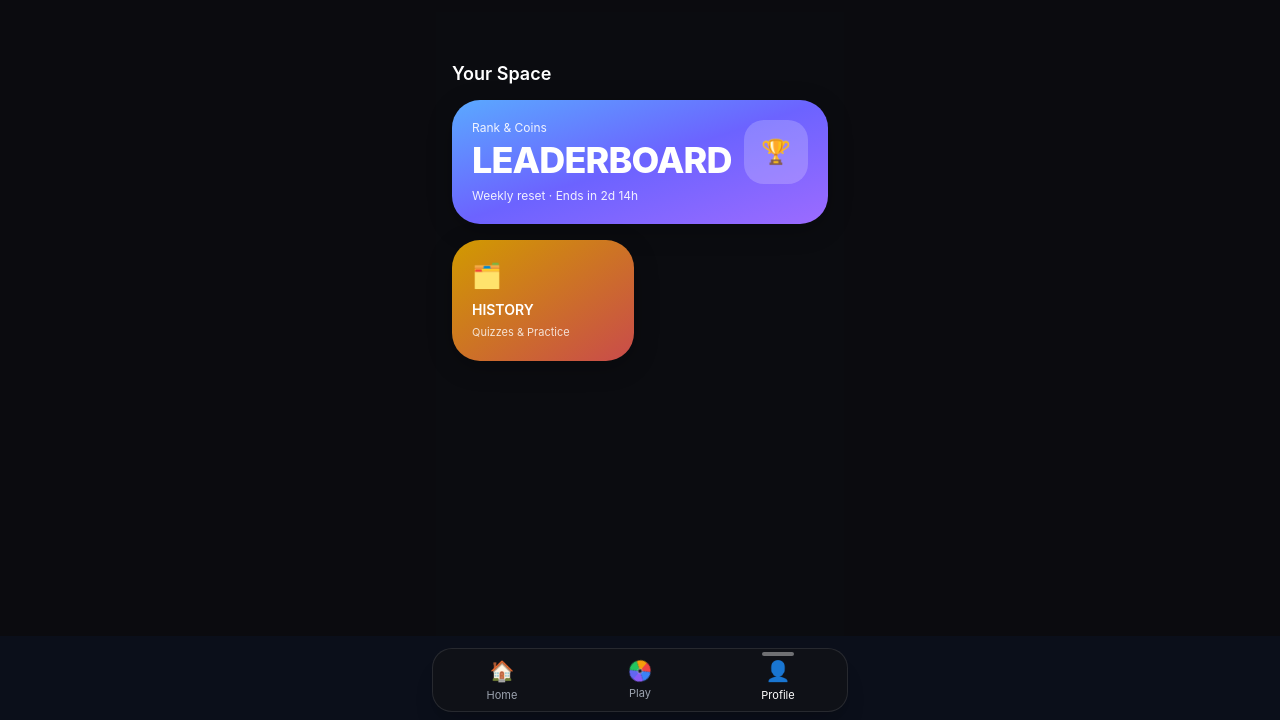
Repository: nirmaldas07/quizify-app
Page: /profile
The author's editor kept a copy of each file at every save. The page is drawn from the files as they stood at one save, then again after the next save.
The browser window is 1280 px wide. The pictures show the whole page.
The project was rebuilt for these pictures with package versions that can differ from the ones it lists, and the page was loaded fresh each time. Also part of the build but not shown: src/components/ConfirmStartSheet.jsx, src/components/CoinFly.jsx, src/components/Home.jsx, src/components/Play.jsx, src/components/Quiz.jsx, src/components/PartySpin.jsx, src/components/Profile/Screen.jsx, src/components/Profile/Leaderboard.jsx and 2 more.

Above is the page before, as saved 2025-08-25 14:46:25.

### index.html
<!DOCTYPE html>
<html lang="en">
  <head>
    <meta charset="UTF-8" />
    <meta name="viewport" content="width=device-width, initial-scale=1.0" />
    <title>Quizify</title>
  </head>
  <body>
    <div id="root"></div>
    <script type="module" src="/src/main.jsx"></script>
  </body>
</html>

### src/App.jsx
// src/App.jsx
import { Routes, Route, Navigate } from "react-router-dom";

import Layout from "./components/Layout";
import Home from "./components/Home";
import Play from "./components/Play.jsx";
import Quiz from "./components/Quiz";
import PartySpin from "./components/PartySpin.jsx";

// Explicit imports from Profile folder (only files you have now)
import ProfileHome from "./components/Profile/ProfileHome";
import ProfileLeaderboard from "./components/Profile/Leaderboard";
import ProfileHistory from "./components/Profile/History";
import ProfileRewards from "./components/Profile/Rewards";

export default function App() {
  return (
    <Routes>
      <Route element={<Layout />}>
        <Route path="/" element={<Home />} />
        <Route path="/play" element={<Play />} />
        <Route path="/play/party" element={<PartySpin />} />

        {/* Profile routes */}
        <Route path="/profile" element={<ProfileHome />} />
        <Route path="/profile/leaderboard" element={<ProfileLeaderboard />} />
        <Route path="/profile/history" element={<ProfileHistory />} />
        <Route path="/profile/rewards" element={<ProfileRewards />} />

        {/* Old leaders path → redirect */}
        <Route path="/leaders" element={<Navigate to="/profile/leaderboard" replace />} />

        {/* Quiz flow */}
        <Route path="/quiz/:category/start" element={<Quiz />} />

        {/* Fallback */}
        <Route path="*" element={<Home />} />
      </Route>
    </Routes>
  );
}

### src/index.css
@tailwind base;
@tailwind components;
@tailwind utilities;

/* ---------- Base (global) ---------- */
@layer base {
  html, body, #root { height: 100%; background:#000; color:#fff; }

  /* Calm dark surface + crisp type everywhere */
  body { @apply bg-base-bg text-base-text antialiased font-sans; }

  /* Subtle selection tint */
  ::selection { @apply bg-brand-blue/30; }
}

/* ---------- Tiny reusable pieces (optional, but handy) ---------- */
@layer components {
  .card { @apply bg-base-card/90 border border-base-border rounded-2xl p-4; }
  .pill { @apply px-3 py-1 rounded-full bg-white/5 border border-base-border text-xs; }

  .btn-primary {
    @apply bg-brand-blue text-white font-medium rounded-xl px-4 py-2
           hover:bg-brand-blue/90 transition shadow-soft;
  }
  .btn-ghost {
    @apply bg-white/5 border border-base-border text-base-text rounded-xl px-4 py-2
           hover:bg-white/10 transition;
  }
}

### src/components/Layout.jsx
// src/components/Layout.jsx
import React, { useRef, useEffect, useState } from "react";
import { Outlet, useNavigate, useLocation } from "react-router-dom";

function WheelIcon({ size = 22 }) {
  return (
    <div style={{ width: size, height: size }} className="grid place-items-center">
      <svg
        viewBox="0 0 100 100"
        className="motion-safe:animate-[spin_9s_linear_infinite] group-active:motion-safe:animate-[spin_1.2s_linear_infinite]"
      >
        <path d="M50,50 L50,5 A45,45 0 0,1 86.97,25.98 Z" fill="#6366F1" />
        <path d="M50,50 L86.97,25.98 A45,45 0 0,1 86.97,74.02 Z" fill="#22C55E" />
        <path d="M50,50 L86.97,74.02 A45,45 0 0,1 50,95 Z" fill="#F59E0B" />
        <path d="M50,50 L50,95 A45,45 0 0,1 13.03,74.02 Z" fill="#EF4444" />
        <path d="M50,50 L13.03,74.02 A45,45 0 0,1 13.03,25.98 Z" fill="#3B82F6" />
        <path d="M50,50 L13.03,25.98 A45,45 0 0,1 50,5 Z" fill="#8B5CF6" />
        <circle cx="50" cy="50" r="9" fill="#111827" stroke="white" strokeWidth="2" />
      </svg>
    </div>
  );
}

export default function Layout() {
  const navigate = useNavigate();
  const { pathname } = useLocation();

  const scrollPositions = useRef({});
  const lastTapRef = useRef(0);

  // Preload sound
  const soundRef = useRef(null);
  useEffect(() => {
    soundRef.current = new Audio("/sounds/refresh.mp3");
  }, []);

  // Restore scroll when navigating
  useEffect(() => {
    const pos = scrollPositions.current[pathname];
    if (pos !== undefined) {
      window.scrollTo(0, pos);
    } else {
      window.scrollTo(0, 0);
    }
  }, [pathname]);

  const saveScroll = () => {
    scrollPositions.current[pathname] = window.scrollY;
  };

  // ✅ Pull-to-refresh only for bottom nav pages
  const inBottomNavPage = ["/", "/play", "/profile"].includes(pathname);

  // ✅ Track modal-open state reactively
  const [modalOpen, setModalOpen] = useState(false);
  const [leaveConfirm, setLeaveConfirm] = useState({ open: false, go: null });

  useEffect(() => {
    const observer = new MutationObserver(() => {
      setModalOpen(document.body.classList.contains("modal-open"));
    });
    observer.observe(document.body, { attributes: true, attributeFilter: ["class"] });
    return () => observer.disconnect();
  }, []);

  const HIDE_ROUTES = [/^\/quiz\//, /^\/practice\//];
  const hideNav = modalOpen || HIDE_ROUTES.some(r => r.test(pathname));

  const isActive = (path) =>
    path === "/" ? pathname === "/" : pathname.startsWith(path);

  /* ---------------- Pull-to-refresh ---------------- */
  const touchStartY = useRef(0);
  const [pulling, setPulling] = useState(false);
  const [pullDist, setPullDist] = useState(0);
  const [refreshing, setRefreshing] = useState(false);

  const handleTouchStart = (e) => {
    if (!inBottomNavPage) return; // 🚫 only on Home, Play, Leaderboard
    if (window.scrollY === 0) {
      touchStartY.current = e.touches[0].clientY;
    }
  };

  const handleTouchMove = (e) => {
    if (!inBottomNavPage) return; // 🚫 only on Home, Play, Leaderboard
    if (window.scrollY === 0) {
      const dist = e.touches[0].clientY - touchStartY.current;
      if (dist > 0) {
        setPulling(true);
        setPullDist(Math.min(dist, 80));
      }
    }
  };

  const handleTouchEnd = () => {
    if (pulling && pullDist > 40) {
      setRefreshing(true);

      // ✅ Play sound
      if (soundRef.current) {
        soundRef.current.currentTime = 0;
        soundRef.current.play().catch(() => {});
      }

      // ✅ Vibrate
      if (navigator.vibrate) {
        navigator.vibrate(60);
      }

      // ✅ Scroll top
      window.scrollTo({ top: 0, behavior: "smooth" });

      // Stop indicator after 1s
      setTimeout(() => setRefreshing(false), 1000);
    }
    setPulling(false);
    setPullDist(0);
  };

  const NavItem = ({ path, icon, label }) => {
    const active = isActive(path);

    const handleClick = () => {
    // remember scroll before any nav
    saveScroll();

    // what to do after user confirms
    const go = () => {
        if (path === "/play") {
        navigate(`/play?view=modes&reset=${Date.now()}`);
        if (navigator.vibrate) navigator.vibrate(15);
        return;
        }

        if (active) {
        const now = Date.now();
        if (now - lastTapRef.current < 500) {
            window.scrollTo({ top: 0, behavior: "smooth" });
            if (navigator.vibrate) navigator.vibrate(30);
        }
        lastTapRef.current = now;
        } else {
        navigate(path);
        }
    };

    // if user is mid-question, ask first via styled modal
    const inQuestion = localStorage.getItem("qp_in_question") === "true";
    if (inQuestion) {
        setLeaveConfirm({ open: true, go });
        return;
    }

    go();
    };


    return (
      <button
        type="button"
        onClick={handleClick}
        className={`group relative flex h-12 w-20 flex-col items-center justify-center rounded-xl transition
          ${active ? "text-white" : "text-base-muted hover:text-white"}`}
        aria-current={active ? "page" : undefined}
      >
        {active && <span className="absolute -top-1 h-1 w-8 rounded-full bg-white/40" />}
        <div className="leading-none">{icon}</div>
        <span className="mt-0.5 text-[11px]">{label}</span>
      </button>
    );
  };

  return (
    <div
      className="min-h-screen bg-base-bg text-base-text"
      onTouchStart={handleTouchStart}
      onTouchMove={handleTouchMove}
      onTouchEnd={handleTouchEnd}
    >
      {/* Pull-to-refresh indicator */}
      {(pulling || refreshing) && (
        <div
          className="fixed left-1/2 z-50 flex flex-col items-center text-white text-sm transition-all duration-200"
          style={{
            top: refreshing ? "4rem" : `${Math.min(pullDist, 100)}px`,
            transform: "translateX(-50%)",
            width: "160px",
            textAlign: "center",
          }}
        >
          <span className={`${!refreshing ? "motion-safe:animate-spin" : "opacity-0"} mb-1`}>
            ⭮
          </span>
          <span className={refreshing ? "animate-bounce" : ""}>
            {refreshing ? "Updated!😍" : "Release to refresh"}
          </span>
        </div>
      )}
        <main
        className="mx-auto max-w-md px-5 overscroll-y-contain"
        style={{
            height: hideNav
            ? "100dvh"
            : "calc(100dvh - (5.25rem + env(safe-area-inset-bottom)))",
            paddingTop: "calc(env(safe-area-inset-top) + 12px)", // add 24px top space
            overflowY: "auto",
            transform: pulling ? `translateY(${pullDist}px)` : undefined,
            transition: (pulling || refreshing) ? "transform 0.3s ease" : undefined,
        }}
        >
        <Outlet />
        </main>

      {leaveConfirm.open && (
        <div className="fixed inset-0 z-50 bg-black/60 flex items-center justify-center px-6">
            <div className="w-full max-w-sm rounded-2xl bg-base-card border border-base-border p-5 text-center">
            <div className="text-lg font-bold mb-2">Want to quit?</div>
            <p className="text-base-muted mb-5">You’ll lose this question’s progress.</p>
            <div className="flex gap-3">
                <button
                onClick={() => setLeaveConfirm({ open: false, go: null })}
                className="flex-1 py-3 rounded-xl border border-base-border bg-white/5 hover:bg-white/10 transition"
                >
                Cancel
                </button>
                <button
                onClick={() => {
                    const fn = leaveConfirm.go;
                    setLeaveConfirm({ open: false, go: null });
                    fn?.();
                }}
                className="flex-1 py-3 rounded-xl bg-blue-600 text-white font-semibold hover:bg-blue-500 transition"
                >
                Leave
                </button>
            </div>
            </div>
        </div>
)}


      {!hideNav && (
        <nav role="navigation" aria-label="Bottom navigation" className="fixed inset-x-0 bottom-0 z-50">
          <div
            className="absolute inset-x-0 bottom-0 bg-[#0B0F1A]"
            style={{ height: "calc(5.25rem + env(safe-area-inset-bottom))" }}
            aria-hidden
          />
          <div className="relative mx-auto max-w-md px-4 pb-[calc(env(safe-area-inset-bottom)+0.5rem)] pt-2">
            <div className="flex h-16 items-center justify-around rounded-2xl border border-base-border bg-base-card shadow-xl">
              <NavItem path="/"            icon={<span className="text-xl">🏠</span>} label="Home" />
              <NavItem path="/play"        icon={<WheelIcon size={24} />}      label="Play" />
              <NavItem path="/profile" icon={<span className="text-xl">👤</span>} label="Profile" />
            </div>
          </div>
        </nav>
      )}
    </div>
  );
}

### src/components/Profile/ProfileHome.jsx
import React from "react";
import { useNavigate } from "react-router-dom";

export default function ProfileHome() {
  const navigate = useNavigate();
  const TILE =
  "rounded-3xl p-5 text-left text-white shadow-[0_6px_24px_rgba(0,0,0,0.25)] " +
  "transition-transform duration-150 active:scale-[0.99] hover:opacity-95";


  return (
    <div className="min-h-full bg-[#0B0C10] text-white px-4 pt-12">
      <h1 className="text-lg font-semibold mb-3">Your Space</h1>

      {/* HERO → Leaderboard */}
      <button
        onClick={() => navigate("/profile/leaderboard")}
        className={`${TILE} w-full mb-4 bg-gradient-to-br from-[#5AA9FF] via-[#6C63FF] to-[#9C6BFF]`}
      >
        <div className="flex items-start justify-between">
          <div>
            <div className="text-xs opacity-90">Rank & Coins</div>
            <div className="mt-1 text-4xl font-extrabold tracking-tight">LEADERBOARD</div>
            <div className="mt-2 text-xs opacity-90">Weekly reset · Ends in 2d 14h</div>
          </div>
          <div className="w-16 h-16 rounded-2xl bg-white/20 grid place-items-center text-2xl">🏆</div>
        </div>
      </button>

      {/* Tiles you actually have routes for right now */}
      <div className="grid grid-cols-2 gap-3">
        <button onClick={() => navigate("/profile/history")}
          className={`${TILE} bg-gradient-to-br from-[#D19A00] to-[#C94B4B]`}>
          <div className="text-2xl mb-2">🗂️</div>
          <div className="text-sm font-semibold">HISTORY</div>
          <div className="text-[11px] opacity-80 mt-1">Quizzes & Practice</div>
        </button>
      </div>
    </div>
  );
}

### tailwind.config.js
/** @type {import('tailwindcss').Config} */
export default {
  content: ["./index.html", "./src/**/*.{js,jsx,ts,tsx}"],
  theme: {
    // App-wide container defaults (nice centered mobile width)
    container: {
      center: true,
      padding: "1.25rem", // 20px
    },
    extend: {
      // Design tokens
      colors: {
        base: {
          bg:    "#0B0B0F",                     // near-black background
          card:  "#0F1117",                     // card surface
          text:  "#F8FAFC",                     // main text
          muted: "#9CA3AF",                     // secondary text
          border:"rgba(255,255,255,0.10)",      // subtle borders
        },
        brand: {
          blue:   "#2563EB",
          purple: "#7C3AED",
        },
      },
      // Softer corners than default
      borderRadius: {
        "2xl": "1.25rem", // overrides default
        "3xl": "1.75rem",
      },
      // Gentle shadow
      boxShadow: {
        soft: "0 8px 28px rgba(0,0,0,.35)",
      },
      // System/Inter/SF stack
      fontFamily: {
        sans: [
          "Inter",
          "ui-sans-serif",
          "system-ui",
          "-apple-system",
          "Segoe UI",
          "Roboto",
          "Helvetica Neue",
          "Arial",
          "Apple Color Emoji",
          "Segoe UI Emoji",
          "Segoe UI Symbol",
        ],
      },
    },
  },
  plugins: [],
};

Loaded but not shown: src/main.jsx (common file)

After the next save:
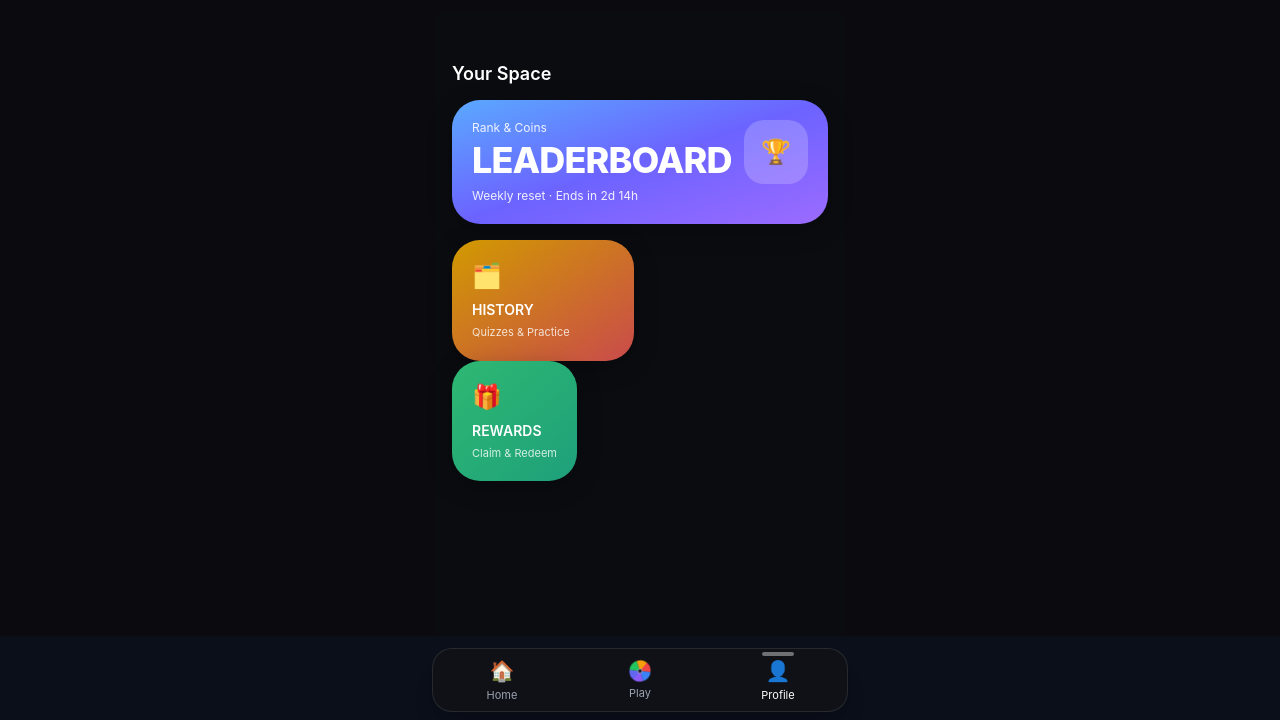
Saved 93 s later.
--- a/src/components/Profile/ProfileHome.jsx
+++ b/src/components/Profile/ProfileHome.jsx
@@ -36,6 +36,15 @@ export default function ProfileHome() {
           <div className="text-[11px] opacity-80 mt-1">Quizzes & Practice</div>
         </button>
       </div>
+      <button
+        onClick={() => navigate("/profile/rewards")}
+        className={`${TILE} bg-gradient-to-br from-[#2EB872] to-[#1EA07A]`}
+        >
+        <div className="text-2xl mb-2">🎁</div>
+        <div className="text-sm font-semibold">REWARDS</div>
+        <div className="text-[11px] opacity-80 mt-1">Claim & Redeem</div>
+        </button>
+
     </div>
   );
 }
